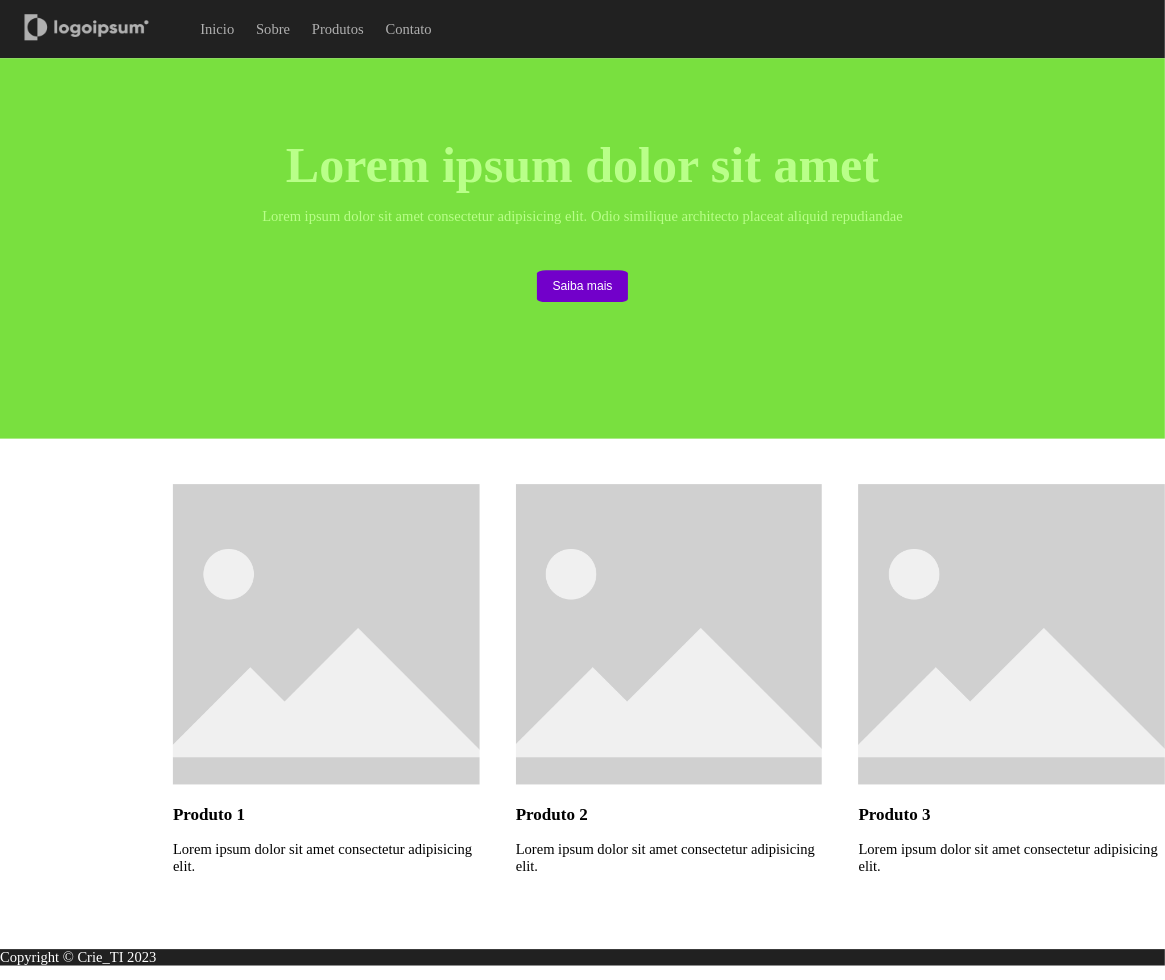
Repository: Carolden/SiteCrie_Ti
Page: index.html
These files come from the project's save history. The page is drawn as it stood at one moment and after the next save; the edit follows.
The browser window is 1280 px wide. The pictures show the whole page, at 91% of full size.

Above is the page before, as saved 2023-04-23 21:17:02.

### index.html
<!DOCTYPE html>
<html lang="pt-BR">
<head>
    <meta charset="UTF-8">
    <meta http-equiv="X-UA-Compatible" content="IE=edge">
    <meta name="viewport" content="width=device-width, initial-scale=1.0">
    <title>Document</title>
    <link rel="stylesheet" type="text/css" href="index.css" media="screen" />
</head>
<body>

    <header>
        <div>
            <img src="images/logo.png" alt="logo" class="logo">
        </div>
        <nav>
            <a href="inicio">Inicio</a>
            <a href="sobre">Sobre</a>
            <a href="produtos">Produtos</a>
            <a href="contato">Contato</a>
        </nav>
    </header>

    <main>

    <section class="banner">
        <h1>Lorem ipsum dolor sit amet</h1>
        <p>Lorem ipsum dolor sit amet consectetur adipisicing elit. Odio similique architecto placeat aliquid repudiandae</p>
        <button>Saiba mais</button>
    </section>

    <section class="produtos">
        <div class="row">
            <div class="column">
                <img src="images/placeholder.png" alt="imagem1">
                <h3>Produto 1</h3>
                <p>Lorem ipsum dolor sit amet consectetur adipisicing elit.</p>
            </div>

            <div class="column">
                <img src="images/placeholder.png" alt="imagem2">
                <h3>Produto 2</h3>
                <p>Lorem ipsum dolor sit amet consectetur adipisicing elit.</p>
            </div>

            <div class="column">
                <img src="images/placeholder.png" alt="imagem3">
                <h3>Produto 3</h3>
                <p>Lorem ipsum dolor sit amet consectetur adipisicing elit.</p>
            </div>
        </div>
    </section>

    <footer>
        <div>
            <p> Copyright © Crie_TI 2023</p>
        </div>
    </footer>



    </main>





</body>
</html>

### index.css
body {
    border: 0;
    margin: 0;
    padding: 0;
}


header {
    background-color: #212121;
    display: flex;
    align-items: center;
    width: 100%;
    top: 0;
    padding-left: 20px;
    padding-right: 20px;
    box-sizing: border-box;
}

header nav a {
    color: #B0B0B0;
    text-decoration: none;
    padding: 10px;

}

.logo {
    width: 150px;
    height: 60px;
    padding-right: 40px;
}

.banner {
    background-color: rgb(121, 224, 63);
    color: rgb(185, 255, 137);
    text-align: center;
    padding-top: 40px;
    padding-bottom: 150px;


}

button {
    background-color: rgb(114, 0, 202);
    color: #ffffff;
    text-align: center;
    padding: 10px;
    padding-left: 17px;
    padding-right: 17px;
    border-radius: 10%;
    border-style: hidden    ;
}

.banner h1 {
    font-size: 55px;
    margin-bottom: -30px;
}

.banner p {
    padding-bottom: 50px;
    padding-top: 30px;
    margin-bottom: 0px;
}

.produtos {
    display: flex;
    padding-bottom: 50px;

}


.row {
    display: flex;
    margin-left: 150px;

}


.column {
    width: 100%;
    margin-left: 40px;
    margin-top: 50px;

}


.column img {
    width: 100%;
    height: 330px;
    object-fit: cover;
}

footer {
    background-color: #212121;
    align-items: center;
    color: white;
    padding: 30;
}

After the next save:
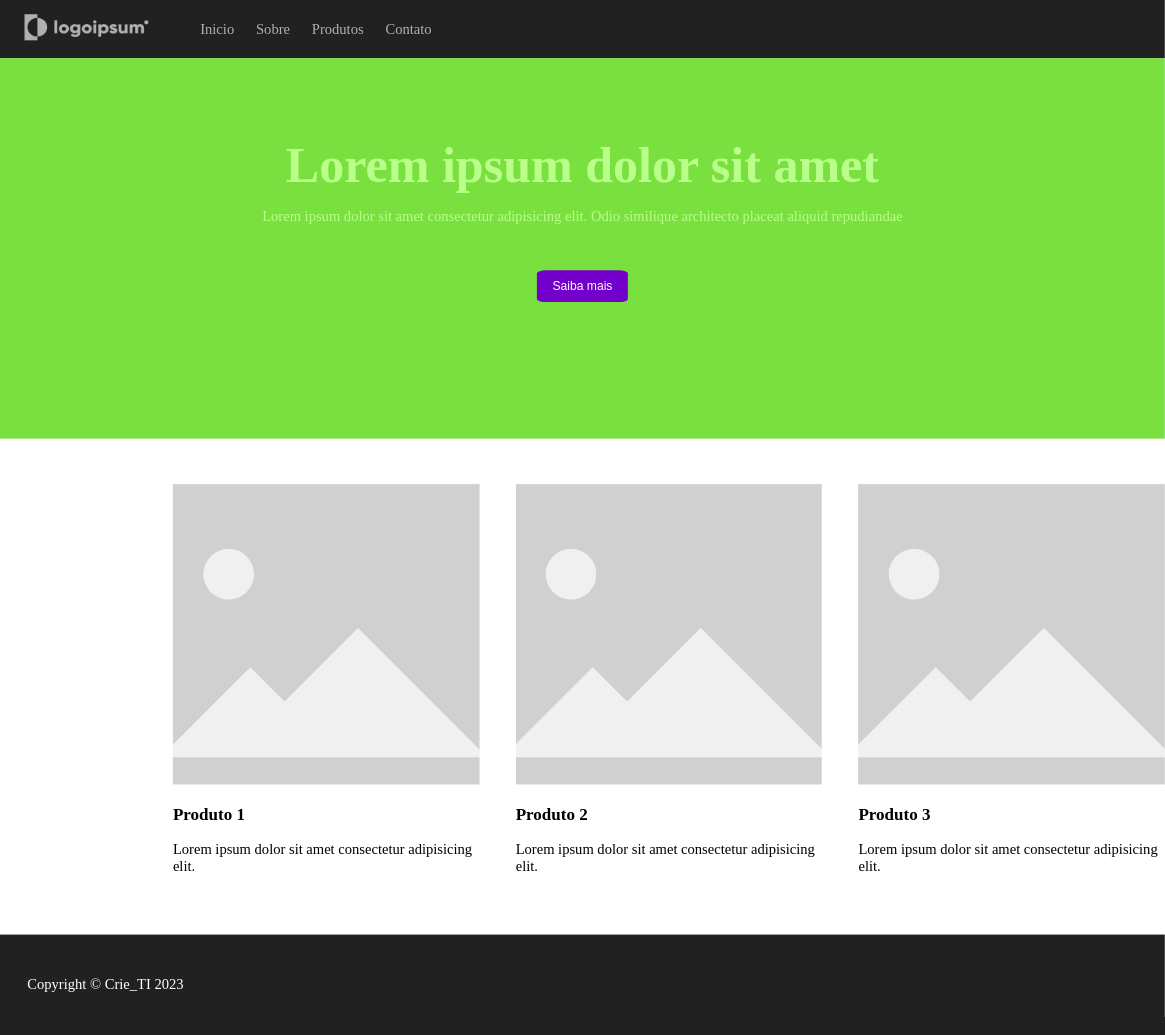
Saved 4 s later.
--- a/index.css
+++ b/index.css
@@ -93,5 +93,5 @@ footer {
     background-color: #212121;
     align-items: center;
     color: white;
-    padding: 30;
+    padding: 30px;
 }
